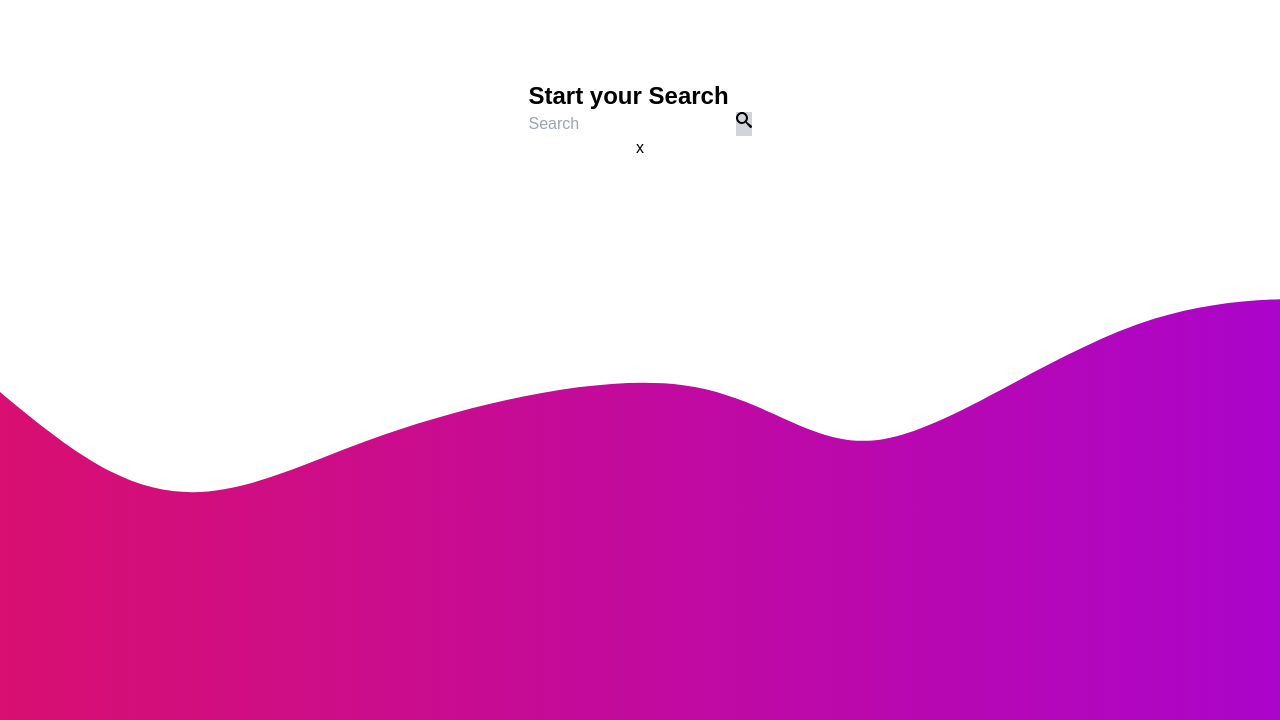
Repository: evergreenx/dictionary-octo
Page: /
The author's editor kept a copy of each file at every save. The page is drawn from the files as they stood at one save, then again after a run of saves.
The browser window is 1280 px wide. The pictures show the whole page.
The project was rebuilt for these pictures with package versions that can differ from the ones it lists, and the page was loaded fresh each time. The framework's server and built-in components were replaced by stand-ins that run in the browser. Also part of the build but not shown: next.config.js.

Above is the page before, as saved 2022-04-30 14:54:22.

### pages/index.js
import Head from "next/head";
import Image from "next/image";
import bgimage from "../public/bg.svg";

import { ImSearch } from "react-icons/im";

export default function Home() {
  return (
    <div>
      <Head>
        <title>Create Next App</title>
        <meta name="description" content="Generated by create next app" />
        <link rel="icon" href="/favicon.ico" />
      </Head>

      <main className=" flex flex-col justify-center items-center py-20">
        <div className="input--container">
          <h1 className="text-2xl font-bold">Start your Search</h1>

          <div className="flex bg-gray-300 ">
            <input className="input--text" type="text" placeholder="Search" />

            <ImSearch />
          </div>
        </div>
        x{" "}
      </main>
    </div>
  );
}

### styles/globals.css
@tailwind base;
@tailwind components;
@tailwind utilities;

@import url("https://fonts.googleapis.com/css2?family=Quicksand&display=swap");

body {
  padding: 0;
  margin: 0;
  font-family: "Quicksand", sans-serif;
  background-image: url("../public/bg.svg");
  background-repeat: no-repeat;
  background-size: cover;
  background-position: bottom;
  height: 100vh;
  font-family: 'Quicksand', sans-serif;
}

a {
  color: inherit;
  text-decoration: none;
}

* {
  box-sizing: border-box;
}

Loaded but not shown: pages/_app.js (common file); tailwind.config.js (common file)

After the next 3 saves:
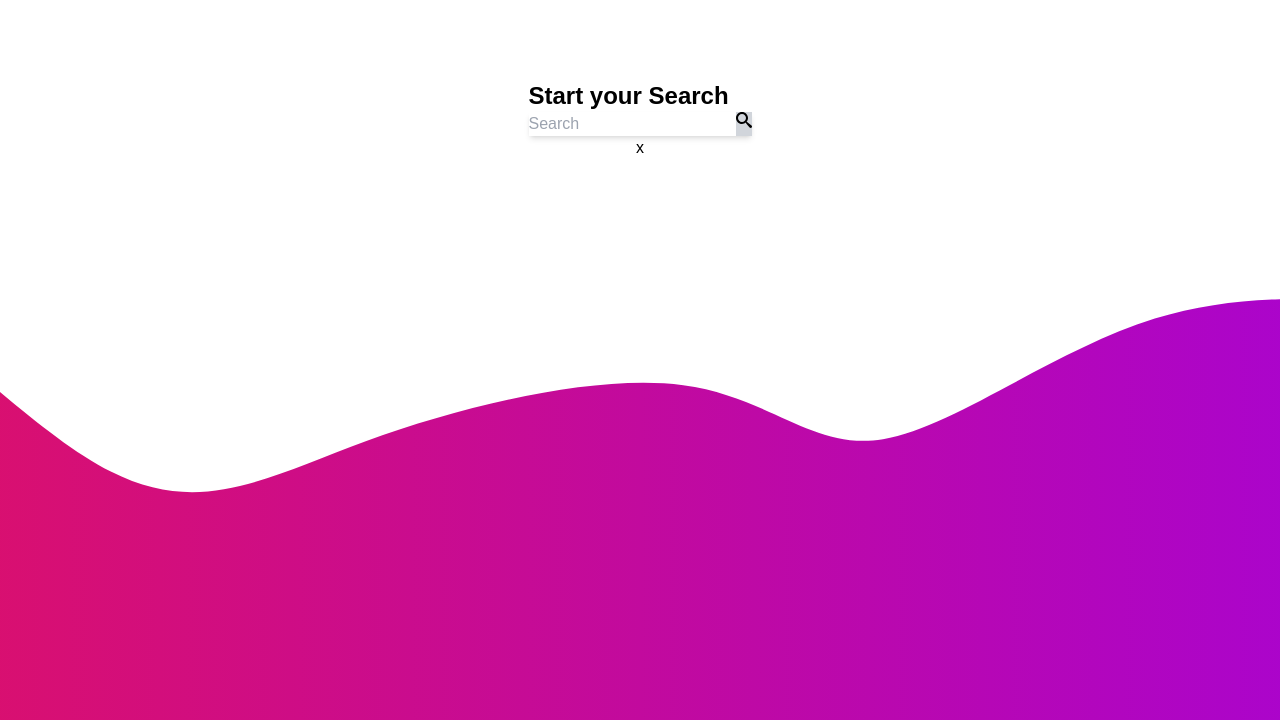
The 3 saves are shown as one change because they came seconds apart.
The last was saved 10 s later.
--- a/pages/index.js
+++ b/pages/index.js
@@ -17,7 +17,7 @@ export default function Home() {
         <div className="input--container">
           <h1 className="text-2xl font-bold">Start your Search</h1>
 
-          <div className="flex bg-gray-300 ">
+          <div className="flex bg-gray-300 shadow-md  ">
             <input className="input--text" type="text" placeholder="Search" />
 
             <ImSearch />
